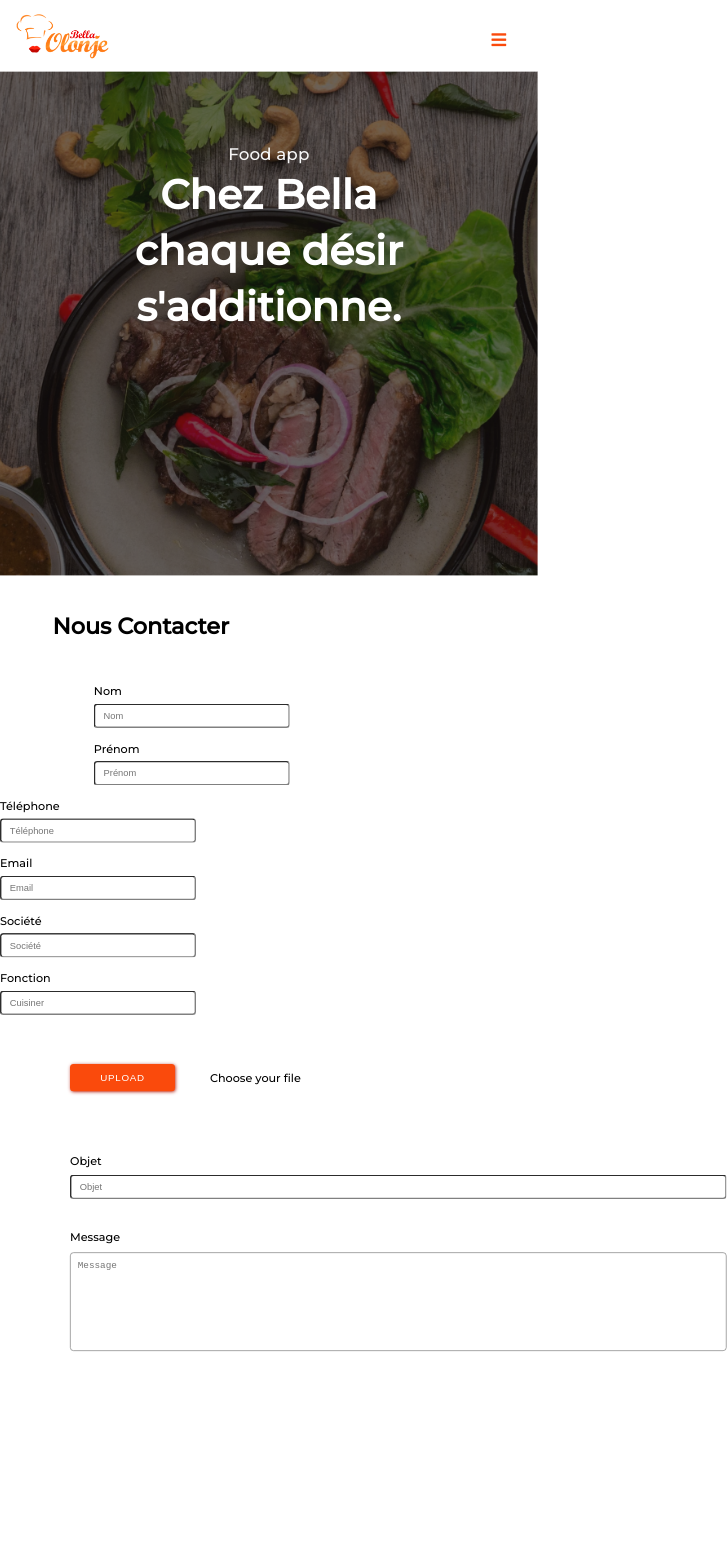
Repository: sisilass31/bella-olonje
Page: html/contact.html
An editor plug-in stored every save of this project. The page is shown before and after a run of saves, followed by the edit.
The browser window is 768 px wide. The page is 1038 px wide, so the pictures cover 1038 px, including what lies to the right of the window. The pictures show the part of the page from y = 0 to 2240 px (the page is 2603 px tall), at 70% of full size.
Pictures or frames that could not be fetched are drawn as grey boxes. Some web libraries are served in a nearby version.

Above is the page before, as saved 2023-02-15 10:14:44.

### html/contact.html
<!DOCTYPE html>
<html lang="fr">

<head>
    <meta charset="UTF-8">
    <meta http-equiv="X-UA-Compatible" content="IE=edge">
    <meta name="viewport" content="width=device-width, initial-scale=1.0">
    <link rel="stylesheet" href="https://pro.fontawesome.com/releases/v5.10.0/css/all.css">
    <script src="https://www.google.com/recaptcha/api.js" async defer></script>
    <link rel="stylesheet" href="../css/contact.css">
    <title>Contact</title>
</head>

<body>
    <header>
        <nav>
            <ul class='nav-bar'>
                <li class='logo'><a href='#'><img src="../img/logo.png"alt="jsp"></a></li>
                <div><input type='checkbox' id="check"></div>
                <span class="menu">
                  <li><a href="acceuil.html" class="nav-link">Home</a></li>
                  <li><a href="#pizza" class="nav-link">Pizzas</a></li>
                  <li><a href="#burger" class="nav-link">Burgers</a></li>
                  <li><a href="#salades" class="nav-link">Salades</a></li>
                  <li><a href="index3.html" class="nav-link">Contact</a></li>
                  <label for="check" class="close-menu"><i class="fas fa-times"></i></label>
                </span>
                <label for="check" class="open-menu"><i class="fas fa-bars"></i></label>
            </ul>
        </nav>
        <div class="food_app">
            <div class="title_food_app">
                <h3>Food app</h3>
                <strong>Chez Bella <br>chaque désir s'additionne.</strong>
            </div>
        </div>
    </header>
    <main>
        <div class="infos" id="form-infos">
            <form>
              <h1>Nous Contacter</h1>

                <div class="grp_infos">
                    <div class="nom_prenom">
                        <div class="label1">
                            <label class="label_nom">Nom</label><br>
                            <input type="text" placeholder="Nom">
                        </div>
                        <div class="label1">
                            <label class="label_nom">Prénom</label><br>
                            <input type="text" placeholder="Prénom">
                        </div>
                    </div>
                </div>

                <div class="telephone_email">
                  <div class="label1">
                    <label class="label_nom">Téléphone</label><br>
                    <input type="text" placeholder="Téléphone">
                  </div>
                  <div class="label1">
                    <label class="label_nom">Email</label><br>
                    <input type="text" placeholder="Email">
                  </div>
                </div>

                <div class="société_fonction">
                    <div class="label1">
                      <label class="label_nom">Société</label><br>
                      <input type="text" placeholder="Société">
                    </div>
                    <div class="label1">
                      <label class="label_nom">Fonction</label><br>
                      <input type="text" placeholder="Cuisiner">
                    </div>
                </div>


                <div class="chose">
                    <div class="div_button">
                        <button class="button" type="button">UPLOAD</button>
                        <p>Choose your file</p>
                    </div>
                </div>

                <div>
                    <div class="g-recaptcha" data-sitekey="6Lc_nVgkAAAAANUqv4ltSxulUPFWVLdaBJeZfWuV"></div>
                </div>

                <div class="grp_choose">
                    <div class="choose_message">
                        <div class="label_choose">
                            <label>Objet</label><br>
                            <input type="text" placeholder="Objet">
                        </div>
                        <div class="label_message">
                            <label>Message</label><br>
                            <textarea placeholder="Message"></textarea>
                        </div>
                    </div>
                </div>
                <div class="map">
                    <iframe
                        src="https://www.google.com/maps/embed?pb=!1m14!1m8!1m3!1d6802.520331314847!2d2.4286389989125756!3d48.78576307783899!3m2!1i1024!2i768!4f13.1!3m3!1m2!1s0x47e67344bd2d57f1%3A0x2a84a845271b523a!2sAFPA!5e0!3m2!1sfr!2sfr!4v1674599977215!5m2!1sfr!2sfr"
                        width="800" height="400" style="border: 1px;;" allowfullscreen="" loading="lazy"
                        referrerpolicy="no-referrer-when-downgrade">
                    </iframe>
                </div>

                <div class="div_button2"><button class="button2" type="button">Envoyer</button></div>
            </form>
        </div>

    </main>
</body>

### css/contact.css
@import url('https://fonts.googleapis.com/css2?family=Montserrat:wght@100;200;500&display=swap');

* {
    margin: 0px;
    padding: 0px;
    scroll-behavior: smooth;
    box-sizing: border-box;
}

html,
body {
    font-family: Montserrat, sans-serif;
    background-size: cover;
    background-position: center;
    height: 100vh;
    background-repeat: no-repeat;
    scroll-behavior: smooth;
}

/*navbar*/
.nav-bar {
    width: 100%;
    display: flex;
    justify-content: space-between;
    align-items: center;
    list-style: none;
    position: relative;
    background-color: #FFF;
    padding: 12px 20px;
}

.logo img {
    width: 150px;
}

.menu {
    display: flex;
}

.menu li {
    padding-left: 30px;
    padding-right: 55px;
}

.menu li a {
    display: inline-block;
    text-decoration: none;
    color: #333;
    text-align: center;
    position: relative;
}

.menu li a:hover {
    color: #FA4A0C;
}

.open-menu {
    position: absolute;
    color: #FA4A0C;
    cursor: pointer;
    font-size: 1.5rem;
    display: none;
}

.close-menu {
    position: absolute;
    color: #333;
    cursor: pointer;
    font-size: 1.5rem;
    display: none;
    padding: 10px;
}

.open-menu {
    top: 50%;
    right: 20px;
    transform: translateY(-50%);
}

.close-menu {
    top: 20px;
    right: 20px;
}

#check {
    display: none;
}

@media(max-width: 920px) {
    .menu {
        flex-direction: column;
        align-items: center;
        width: 60%;
        height: 100vh;
        position: fixed;
        top: 0;
        right: -100%;
        z-index: 100;
        background-color: rgb(152, 152, 152);
        ;
        transition: all 0.2s ease-in-out;
        padding-top: 100px;
    }

    .menu li {
        margin-top: 40px;
    }

    .menu li a {
        padding: 10px;
        color: #FFF;
    }

    .open-menu {
        display: block;
        padding-right: 25px;
        padding-top: 13px;
    }

    .close-menu {
        display: block;
        color: #FFF;
        padding-right: 25px;
        padding-top: 22px;
    }

    #check:checked~.menu {
        right: 0;
    }

    .menu li a:hover {
        color: #333;
    }

    .nav-link {
        font-family: Montserrat;
        letter-spacing: .8px;
    }
}

/*navbar*/
/*food_app*/
.title_food_app {
    padding-top: 50px;
}

.food_app {
    background-image: url(../img/food_app.png);
    min-height: 90vh;
    background-repeat: no-repeat;
    background-position: center;
    background-size: cover;
}

.title_food_app h3 {
    font-family: 'Montserrat';
    font-style: normal;
    font-weight: 550;
    font-size: 24px;
    line-height: 36px;
    text-align: center;
    letter-spacing: 0.1px;
    color: #F7F7F7;
    padding-top: 50px;
}

.title_food_app {

    font-family: Montserrat;
    font-style: normal;
    font-weight: 600;
    font-size: 58px;
    line-height: 80px;
    text-align: center;
    letter-spacing: 0.2px;
    color: #FFFFFF;
}

.title_pizza {
    display: flex;
    justify-content: center;
    color: #000000;
}

/*food_app*/

/*contact*/

.label1 {
    padding-right: 200px;
    padding-left: 100px;
}

.label1 input {
    width: 280px;
    height: 35px;
    margin-bottom: 20px;
    margin-top: 8px;
    padding: 5px 12px;
    color: grey;
    border-radius: 5px;
    border-color: gray;
}

/*upload*/
.chose {
    display: flex;
}

.grp_choose {
    padding-left: 100px;
}

.label_choose input {
    width: 938px;
    height: 35px;
    margin-bottom: 20px;
    margin-top: 10px;
    padding: 5px 12px;
    color: grey;
    border-radius: 5px;
    border-color: gray;
}

.label_message {
    padding-top: 25px;
}

textarea {
    width: 938px;
    height: 141px;
    margin-bottom: 20px;
    color: grey;
    border-color: gray;
    margin-top: 12px;
    padding: 10px 10px 80px;
    outline: none;
    border-radius: 5px;
    resize: none;
}

/*upload*/

.infos h1 {
    padding: 52px 0px 65px 75px;
}

/*contact*/
.nom_prenom {
    display: flex;
    justify-content: space-around;
    padding-right: 200px;
    padding-bottom: 28px;
}

.telephone_email {
    display: flex;
    justify-content: space-around;
    padding-right: 200px;
    padding-bottom: 28px;
}

.société_fonction {
    display: flex;
    justify-content: space-around;
    padding-right: 200px;
    padding-bottom: 28px;
}

.div_button {
    padding: 50px 0px 35px 100px;
    display: flex;
}

.div_button2 {
    padding: 50px 490px 50px 0px;
    display: flex;
    justify-content: flex-end;
}

.button {
    letter-spacing: 1px;
    font-size: 14px;
}

.button2 {
    letter-spacing: 1px;
    font-size: 16px;
}

.g-recaptcha {
    padding: 0px 0px 55px 100px;
}

.div_button p {
    padding-left: 50px;
    padding-top: 10px;
}

.div_button button {
    border: 0;
    line-height: 2.8;
    width: 150px;
    padding: 0 18px;
    font-size: 14px;
    text-align: center;
    color: #fff;
    border-radius: 5px;
    background-color: #FA4A0C;
    box-shadow: 1px 1px 5px #B73227;
}

.div_button2 button {
    border: 0;
    line-height: 2.5;
    width: 150px;
    padding: 0 18px;
    font-size: 18px;
    text-align: center;
    color: #fff;
    border-radius: 20px;
    background-color: #FA4A0C;
    box-shadow: 1px 1px 5px #B73227;
}


/*contact*/

.choose {
    padding-left: 50px;
    padding-bottom: 38px;
    display: flex;
}

.message {
    padding-left: 50px;
    padding-bottom: 55px;
    display: flex;
}

/*map*/
.map {
    padding: 50px 0px 50px 100px;
}

/*map*/

/*responsive*/
/* Mobile */
@media (max-width:767px) {}

/* Ipad Mini to ipad */
@media screen and (min-width:768px) and (max-width:991px) {
    .infos h1 {
        padding: 52px 0px 65px 75px;
    }

    .nom_prenom {
        padding: 0;
        flex-direction: column;
    }

    .label1 {
        padding: 0;
        width: 500px;
    }

    .telephone_email {
        padding: 0;
        flex-direction: column;
    }

    .société_fonction {
        padding: 0;
        flex-direction: column;
    }

    .grp_infos {
        display: flex;
        justify-content: center;

    }
}

After the next 5 saves:
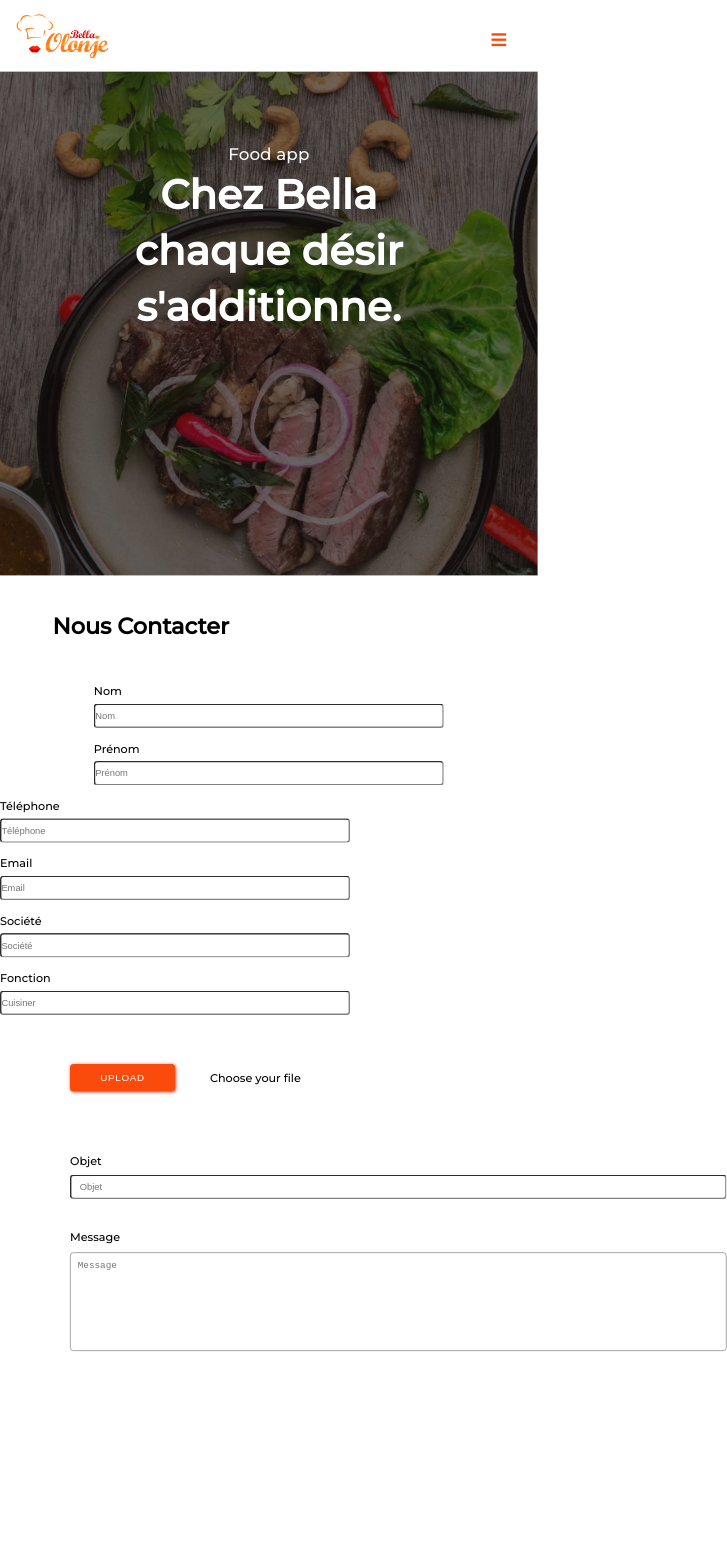
The 5 saves are shown as one change because they came seconds apart.
The last was saved 20 s later.
--- a/css/contact.css
+++ b/css/contact.css
@@ -362,9 +362,11 @@ textarea {
 
     .label1 {
         padding: 0;
+    }
+    .label1 input{
+        padding: 0;
         width: 500px;
     }
-
     .telephone_email {
         padding: 0;
         flex-direction: column;
